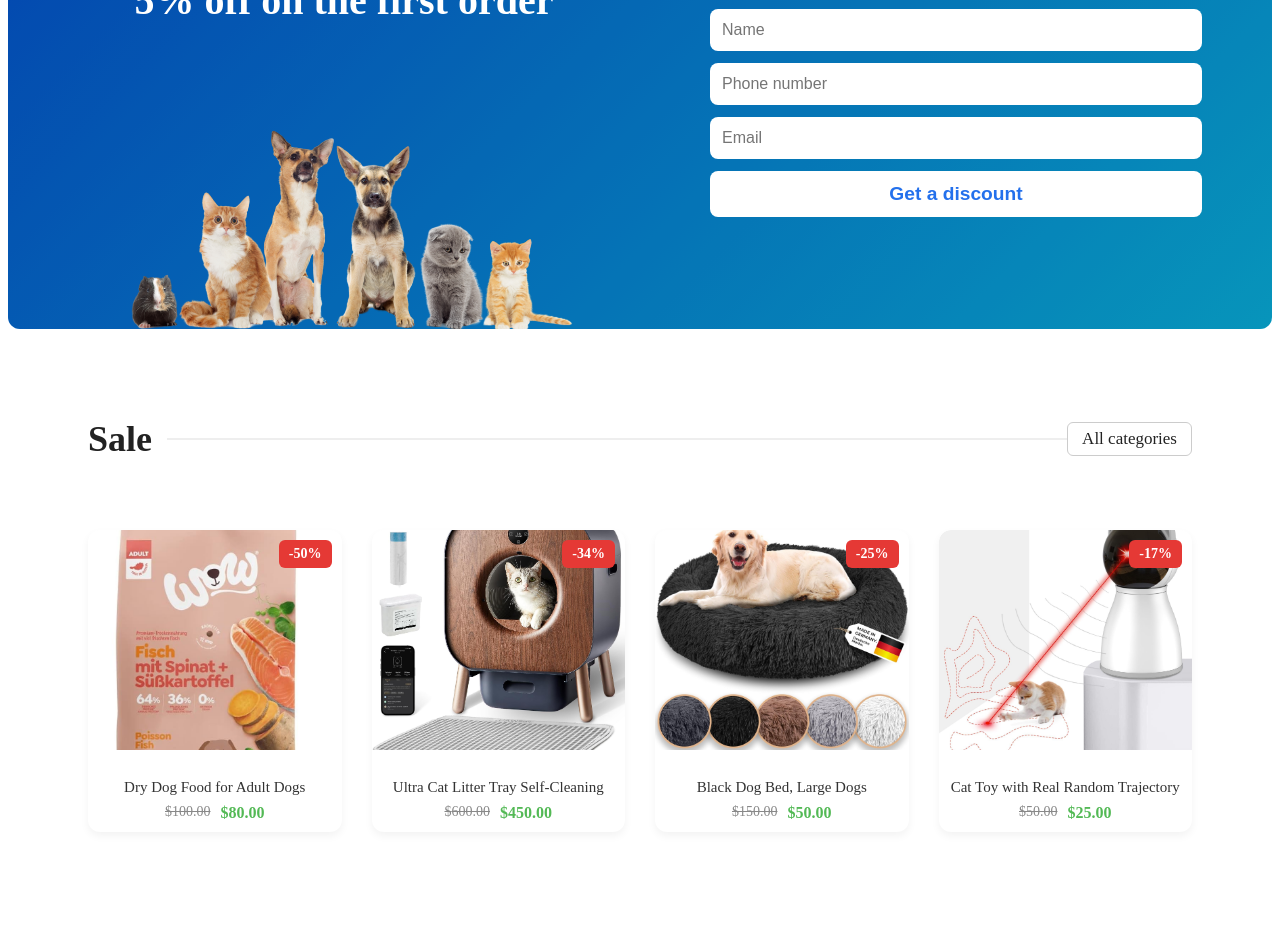
Repository: JuliiaJuliia/pet-shop-frontend
Page: / (app in pet-shop-frontend/)
The author's editor kept a copy of each file at every save. The page is drawn from the files as they stood at one save, then again after the next save.
The browser window is 1280 px wide. The pictures show the part of the page from y = 1250 to 2202 px (the page is 2202 px tall before and 2152 px after).
The project was rebuilt for these pictures with package versions that can differ from the ones it lists, and the page was loaded fresh each time. Also part of the build but not shown: pet-shop-frontend/vite.config.js, pet-shop-frontend/src/pages/CheckoutPage.jsx, pet-shop-frontend/src/api/axios.js, pet-shop-frontend/src/components/ProductList.jsx.

Above is the page before, as saved 2025-11-06 20:42:20.

After the next save:
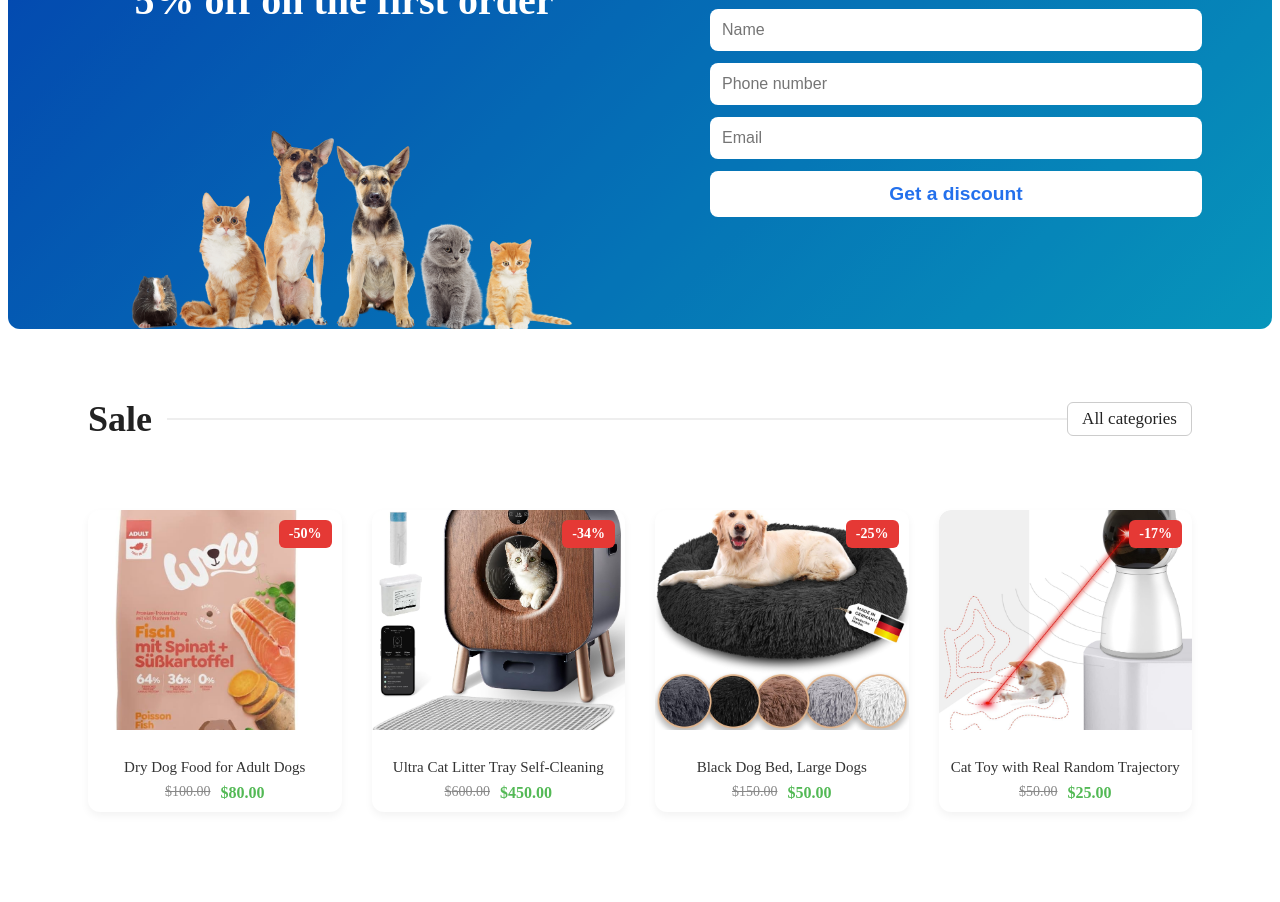
Saved 71 s later.
--- a/pet-shop-frontend/src/components/SaleSection/SaleSection.css
+++ b/pet-shop-frontend/src/components/SaleSection/SaleSection.css
@@ -1,6 +1,6 @@
 .sale-section {
     background-color: #fff;
-    margin: 60px 80px;
+    margin: 30px 80px;
     padding-bottom: 60px;
   }
 
